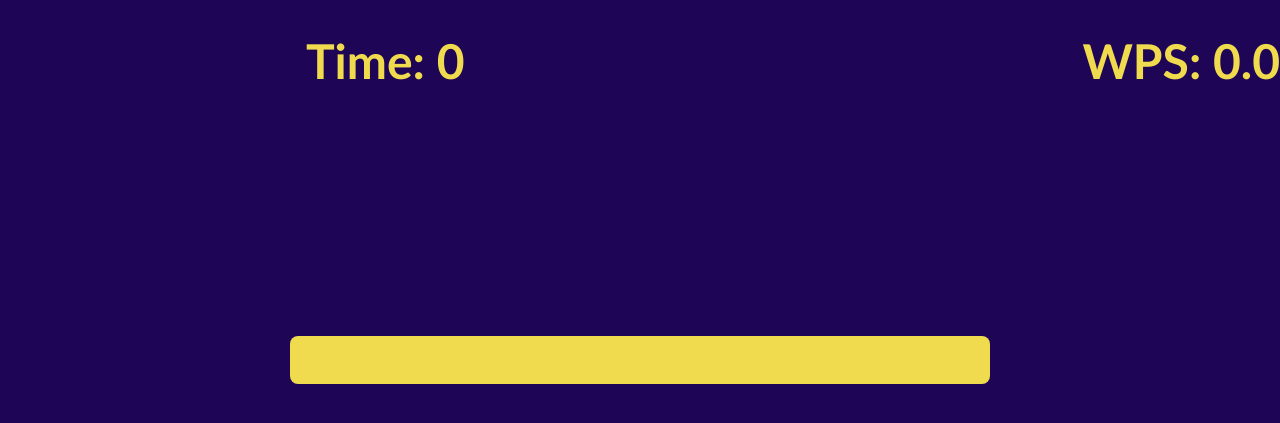
Repository: KhangNguyenIU/Vanilajs-TypingSpeed
Page: index.html
These files come from the project's save history. The page is drawn as it stood at one moment and after the next save; the edit follows.
The browser window is 1280 px wide. The pictures show the whole page.
The page's requests for data from a server got no answer.

Above is the page before, as saved 2021-10-15 10:30:26.

### index.html
<!DOCTYPE html>
<html lang="en">
<head>
    <meta charset="UTF-8">
    <meta http-equiv="X-UA-Compatible" content="IE=edge">
    <meta name="viewport" content="width=device-width, initial-scale=1.0">
    <link rel="stylesheet" href="style.css"/>
    <script src="script.js" defer></script>
    <title>Typing Game</title>
</head>
<body>
    <body>

        <div class="container">
          <div class="timer" >
            <span>Time: </span>
            <span id =timer>0</span>
          </div>
          <div class="word-speed" >
            <span>
              WPS:
            </span>
            <span id =word-speed>
              0.0
            </span>

          </div>
          <div class="quote-display" id="quoteDisplay"></div>
          <!-- <textarea id="quoteInput" class="quote-input" autofocus></textarea> -->
        </div>
      </body>
</body>
</html>

### style.css
* {
    box-sizing: border-box;
  }

  body {
    display: flex;
    justify-content: center;
    align-items: center;
    min-height: 100vh;
    margin: 0;
    background-color: #1E0555;
  }

  body, .quote-input {
    font-family: 'Gill Sans', 'Gill Sans MT', Calibri, 'Trebuchet MS', sans-serif;
  }

  .container {
    background-color: #F0DB4F;
    padding: 1rem;
    border-radius: .5rem;
    width: 700px;
    max-width: 90%;
  }

  .timer {
    position: absolute;
    top: 2rem;
    font-size: 3rem;
    color: #F0DB4F;
    font-weight: bold;
  }

  .word-speed {
    position: absolute;
    top: 2rem;
    right: 0;
    font-size: 3rem;
    color: #F0DB4F;
    font-weight: bold;
  }

  .quote-display {
    margin-bottom: 1rem;
    margin-left: calc(1rem + 2px);
    margin-right: calc(1rem + 2px);
    font-size: 26px;
    letter-spacing: 1.5px;
    line-height: 40px;
    color: rgba(0,0,0,.5);
  }

  .current-char{
    color:black;
    text-decoration: underline;

  }

  .quote-input {
    background-color: transparent;
    border: 2px solid #A1922E;
    outline: none;
    width: 100%;
    height: 8rem;
    margin: auto;
    resize: none;
    padding: .5rem 1rem;
    font-size: 1rem;
    border-radius: .5rem;
  }

  .quote-input:focus {
    border-color: black;
  }

  .correct {
    color: green;
  }

  .incorrect {
    color: red;
  }

### script.js
const RANDOM_QUOTE_API_URL = "http://api.quotable.io/random"
const quoteDisplayElement = document.getElementById('quoteDisplay')
const quoteInputElement = document.getElementById('quoteInput')
const timerDisplay = document.getElementById("timer")
const timerElement = document.getElementById('timer')
const blockedKey = [91, 20, 18, 17, 16, 13, 9]
let current = 0
let correct = 0
let flag = false
let startTime;
var interval;
function getRandomQuote() {
    return fetch(RANDOM_QUOTE_API_URL)
        .then(response => response.json())
        .then(data => data.content)
}

const startTimer = () => {
    let current = new Date()
    let duration = Math.floor((current - startTime) / 1000)
    timerDisplay.innerText = duration
}


document.addEventListener('keydown', onTyping)

function onTyping(event) {

    if (!flag) {
        startTime = new Date()
        interval = setInterval(startTimer, 1000)
        flag = true
    }


    let arrayQuote = quoteDisplayElement.querySelectorAll("span")



    if (!blockedKey.includes(event.keyCode)) {
        if (event.key == arrayQuote[current].innerText) {
            arrayQuote[current].classList.remove("current-char")
            arrayQuote[current].classList.add("correct")
            current = current += 1;
            correct += 1
            if (current < arrayQuote.length)
                arrayQuote[current].classList.add("current-char")
            if (current >= arrayQuote.length) {
                clearInterval(interval)
                return;
            }
        }

        else {
            // arrayQuote[current].classList.remove("current-char")
            arrayQuote[current].classList.add("incorrect")
        }
    }

}

async function renderNewQuote() {
    const quote = await getRandomQuote();
    quoteDisplayElement.innerHTML = ""
    quote.split("").forEach(element => {
        const characterSpan = document.createElement("span")
        characterSpan.innerText = element
        quoteDisplayElement.appendChild(characterSpan)
    });
    quoteDisplayElement.querySelector("span").classList.add("current-char")
}



renderNewQuote()

After the next save:
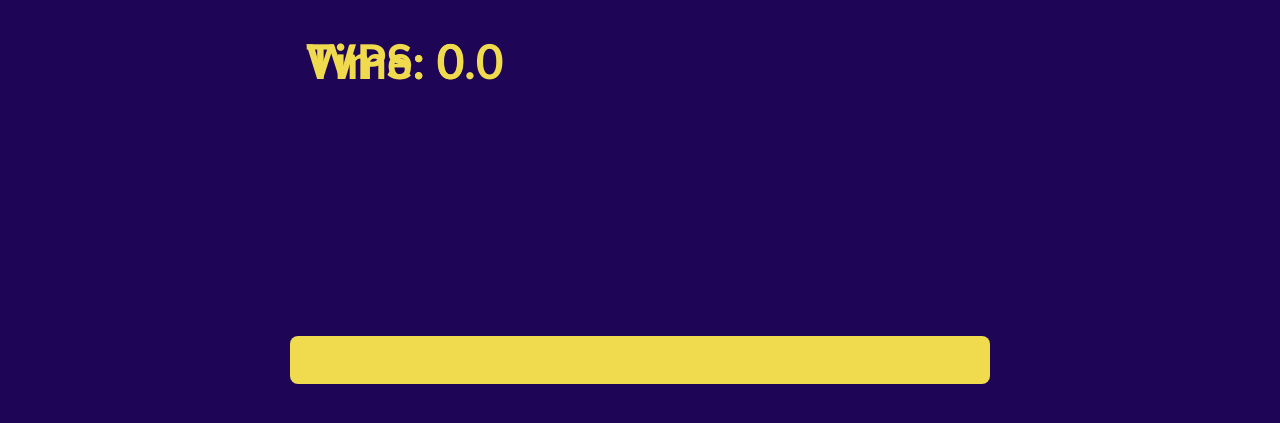
Saved 30 s later.
--- a/style.css
+++ b/style.css
@@ -34,7 +34,6 @@
   .word-speed {
     position: absolute;
     top: 2rem;
-    right: 0;
     font-size: 3rem;
     color: #F0DB4F;
     font-weight: bold;
